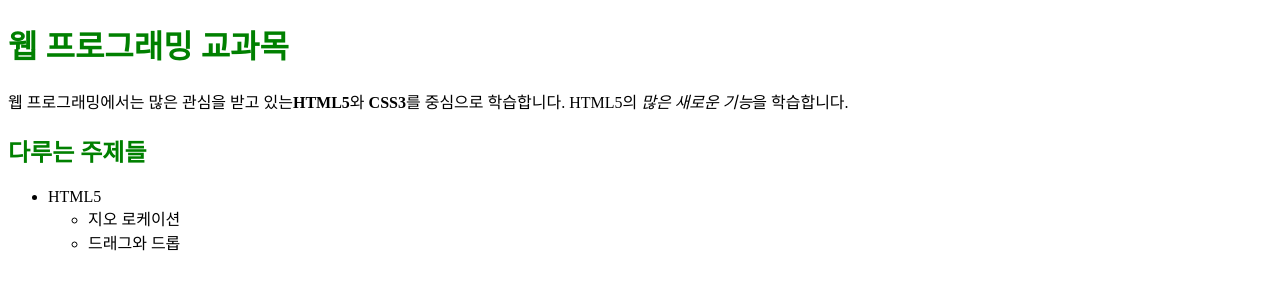
Repository: daehyeonhong/HTML
Page: exercise/WebContent/exercise0519/exercise013.html
These files come from the project's save history. The page is drawn as it stood at one moment and after the next save; the edit follows.
The browser window is 1280 px wide. The pictures show the whole page.

Above is the page before, as saved 2020-05-19 10:38:30.

After the next save:
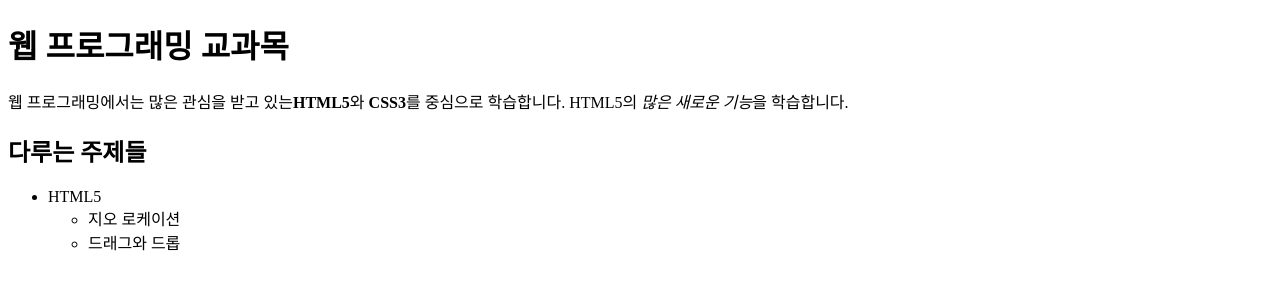
Saved 12 min 58 s later.
--- a/exercise/WebContent/css/exercise013.css
+++ b/exercise/WebContent/css/exercise013.css
@@ -1,5 +1,6 @@
 @charset "UTF-8";
 .head{
-	font-family: pen;
+	font-family:KCC은영체
+	src:url("https://noonnu.cc/font_page/85")
 	color: green;
 }

After the 4 saves that followed:
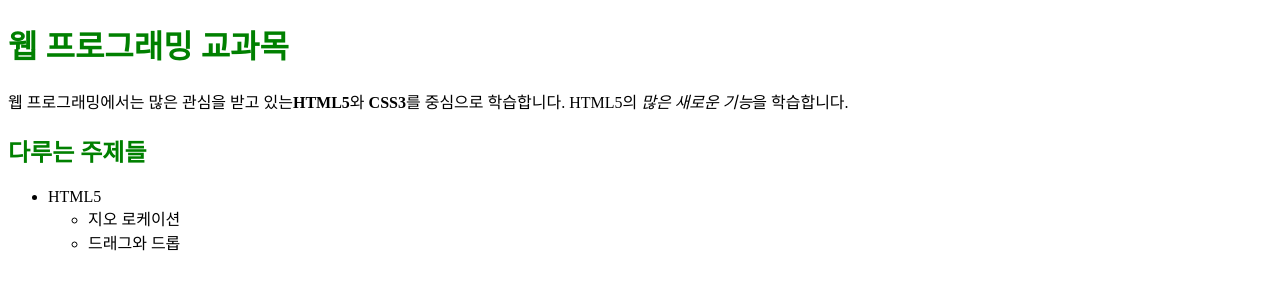
The 4 saves are shown as one change because 3 left the picture as it was.
The last was saved 85 s later.
--- a/exercise/WebContent/css/exercise013.css
+++ b/exercise/WebContent/css/exercise013.css
@@ -1,6 +1,7 @@
 @charset "UTF-8";
-.head{
-	font-family:KCC은영체
-	src:url("https://noonnu.cc/font_page/85")
+
+.head {
+	font-family: KCC은영체;
+	src: url("https://noonnu.cc/font_page/85");
 	color: green;
 }
